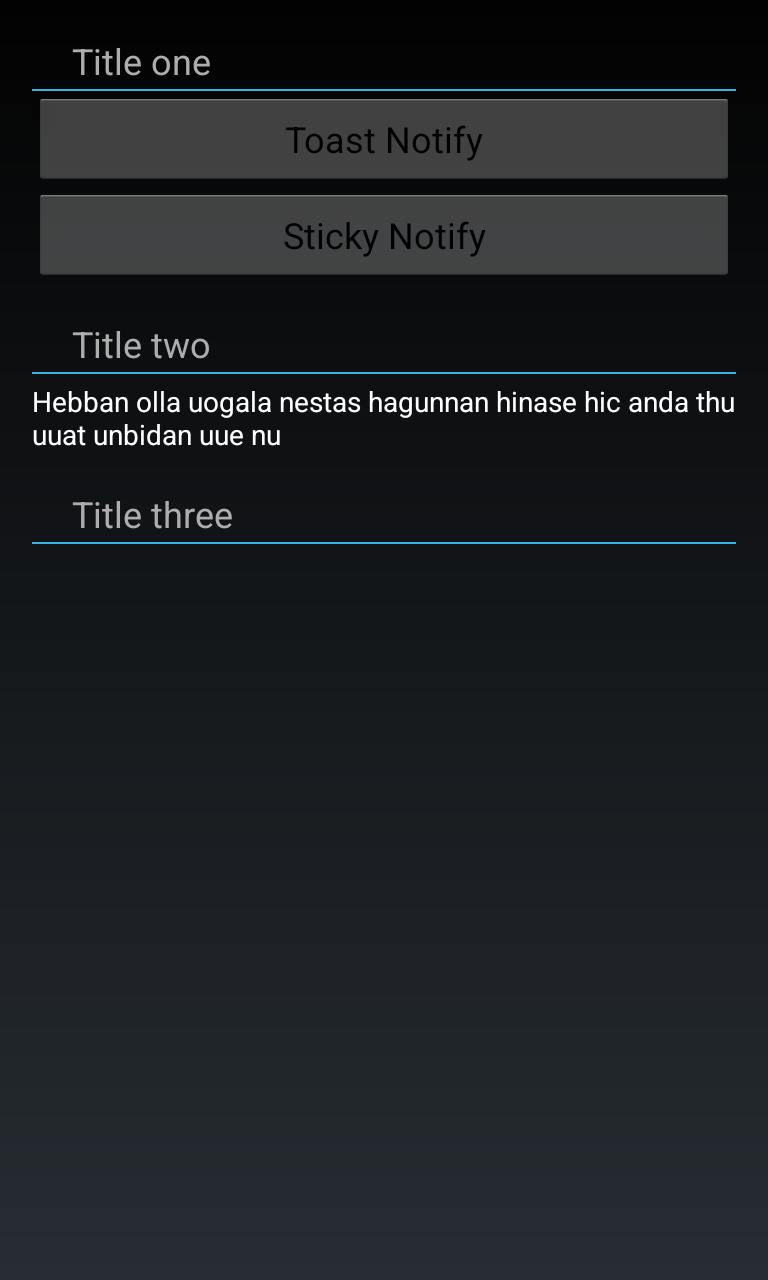
Repository: zubke/NotifyLib
Layout: Android-NotifySample/res/layout/activity_main.xml
An editor plug-in stored every save of this project. The layout is shown before and after the next save, followed by the edit.
It is drawn on a 768 x 1280 px phone screen (xhdpi) without system bars, with theme AppTheme; the app's code is not run.

Above is the layout before, as saved 2013-10-07 19:40:17.

After the next save:
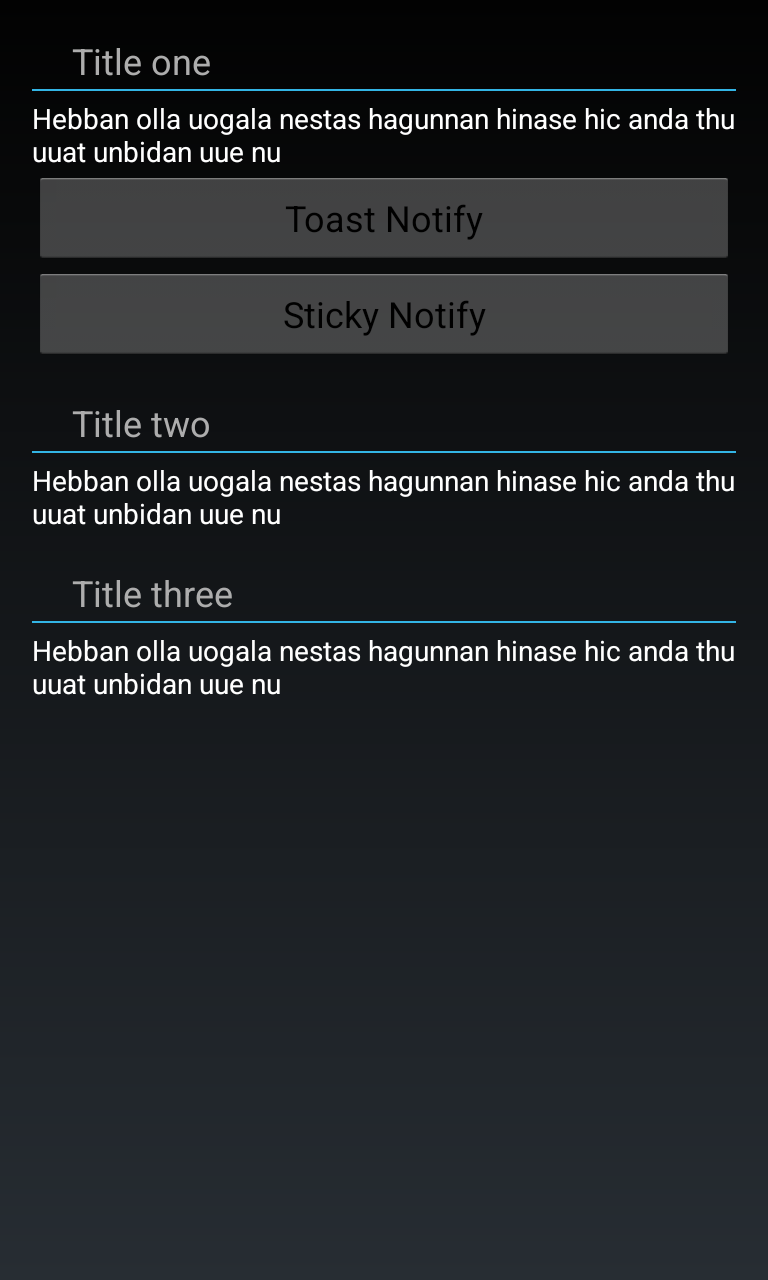
Saved 19 s later.
--- a/Android-NotifySample/res/layout/activity_main.xml
+++ b/Android-NotifySample/res/layout/activity_main.xml
@@ -23,6 +23,12 @@
             android:layout_height="@dimen/divider_height"
             android:layout_marginTop="@dimen/view_margin_top"
             android:background="@color/ics_blue_main" />
+
+        <TextView
+            style="@style/Content"
+            android:layout_width="match_parent"
+            android:layout_height="wrap_content"
+            android:text="@string/content_one" />
 
         <Button
             android:id="@+id/button1"
@@ -67,6 +73,12 @@
             android:layout_height="@dimen/divider_height"
             android:layout_marginTop="@dimen/view_margin_top"
             android:background="@color/ics_blue_main" />
+
+        <TextView
+            style="@style/Content"
+            android:layout_width="match_parent"
+            android:layout_height="wrap_content"
+            android:text="@string/content_three" />
     </LinearLayout>
 
 </ScrollView>
